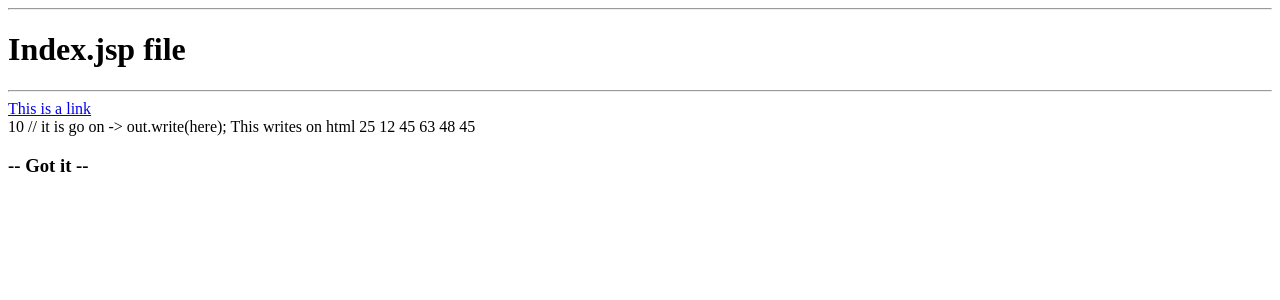
Repository: suraj-repositories/java-practice-2-advance-java-1
Page: http://localhost/Ad_09_JSPuse/
An editor plug-in stored every save of this project. The page is shown before and after the next save, followed by the edit.
The browser window is 1280 px wide. The pictures show the whole page.
The page is served by Tomcat 9. Other server files are loaded and not shown.

Above is the page before, as saved 2023-07-21 13:49:01.

### Ad_09_JSPuse/src/main/webapp/index.jsp
<%@ page language="java" contentType="text/html; charset=ISO-8859-1"
    pageEncoding="ISO-8859-1"%>
<!DOCTYPE html>
<html>
<head>
<meta charset="ISO-8859-1">
<title>Insert title here</title>
</head>
<body>
<hr>
<h1>Index.jsp file</h1>
<hr>
<a href="link">This is a link</a>
<br>

<div>

<!-- DECLARATION -->
<%!		// in instance level(class level)
	public int sayHello(int number){		// we can use this method anywhere in program because it is in class level
	 	return number*2;
	}

%>
<%= sayHello(5) %>		// it is go on -> out.write(here);


<!-- SCTIPT LIT -->
<%	// you can write java & html both in jsp file (inside method(method level))



	System.out.println("hello world");
	int i=90;
	int j=89;
	System.out.println("sum = " +(i+j));


	out.write("This writes on html");
%>

<%
	int arr[] = new int[]{25,12,45,63,48,45};

	for(int index : arr){%>
		<%= index %> 		<!--  initialize -->
	<%}


%>

<!-- Directive == use for import statements --> <!-- below is page directive -->
<%@ page import = "java.util.Date , java.util.Scanner , java.lang.* " %>

</div>

<h3> -- Got it --</h3>
</body>
</html>

After the next save:
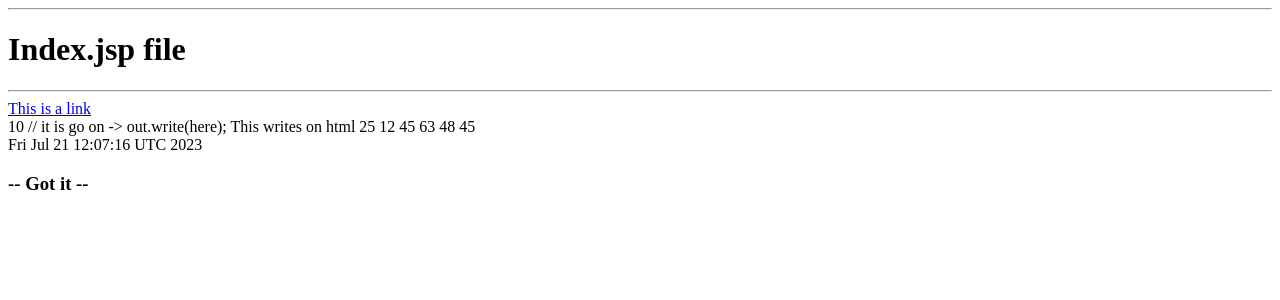
Saved 24 s later.
--- a/Ad_09_JSPuse/src/main/webapp/index.jsp
+++ b/Ad_09_JSPuse/src/main/webapp/index.jsp
@@ -53,6 +53,8 @@
 <%@ page import = "java.util.Date , java.util.Scanner , java.lang.* " %>
 
 </div>
+<%= new Date() %>
+
 
 <h3> -- Got it --</h3>
 </body>
